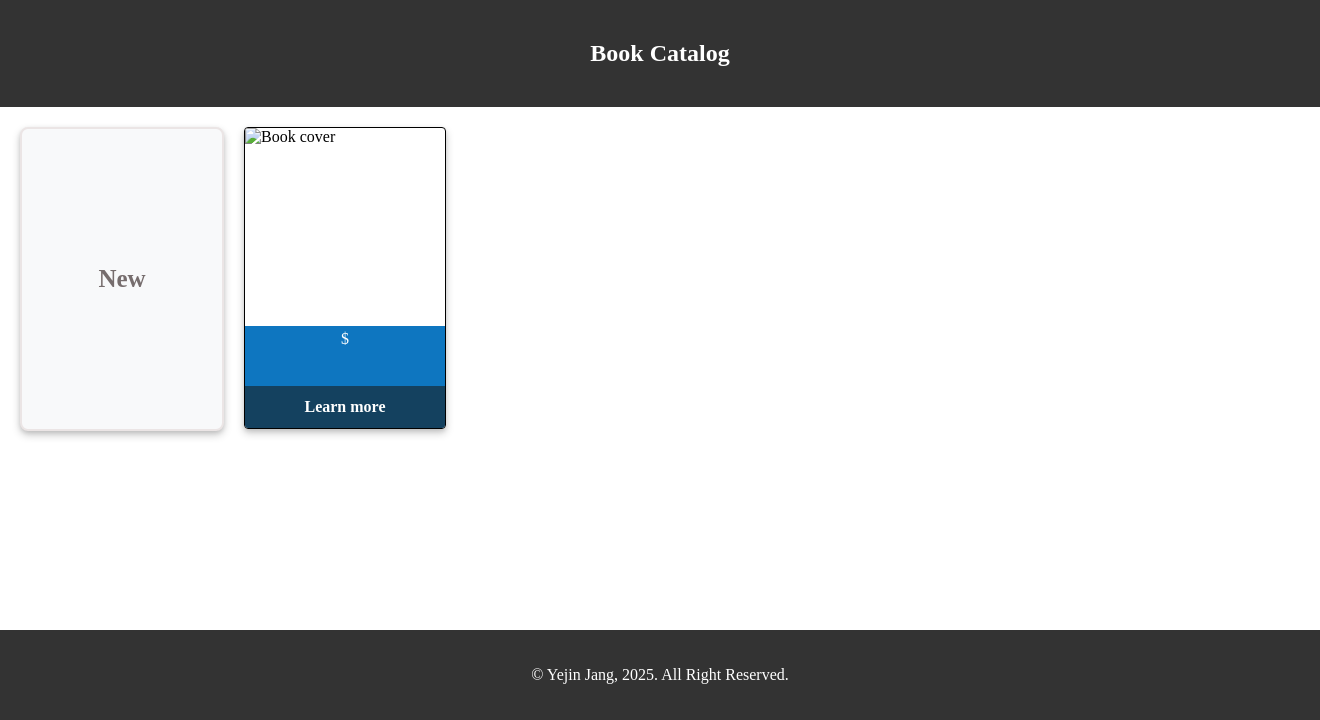
Repository: Yejin-Digital/Lab3-Assignment-BookCatalog
Page: /
An editor plug-in stored every save of this project. The page is shown before and after the next save, followed by the edit.
The browser window is 1280 px wide. The page is 1320 px wide, so the pictures cover 1320 px, including what lies to the right of the window. The pictures show the whole page.
The pointer rests on the first visible `a`.
The project was rebuilt for these pictures with package versions that can differ from the ones it lists, and the page was loaded fresh each time. Also part of the build but not shown: vite.config.js.

Above is the page before, as saved 2025-09-19 13:05:11.

### index.html
<!DOCTYPE html>
<html lang="en">
  <head>
    <meta charset="UTF-8" />
    <link rel="icon" type="image/svg+xml" href="/vite.svg" />
    <meta name="viewport" content="width=device-width, initial-scale=1.0" />
    <title>Book Catalog Assignment</title>
  </head>
  <body>
    <div id="root"></div>
    <script type="module" src="/src/main.jsx"></script>
  </body>
</html>

### src/index.css
html {
  font-family: 'Times New Roman', Times, serif;
}

body {
  margin: 0;
  min-height: 100vh;
  display: flex;
  flex-direction: column;
  align-items: center;
}

.app {
  display: flex;
  flex-direction: column;
  width: 100%;
  margin: 0 auto;
  min-height: 100%;
}

#root {
  width: 100%;
}

.content {
  display: flex;
  flex-direction: row;
  margin: 20px;
  gap: 20px;
}

.header-content {
  background-color: #333;
  color: white;
  text-align: center;
  padding: 20px;
  width: 100%;
}

.footer-content {
  position: fixed;
  left: 0;
  bottom: 0;
  background-color: #333;
  color: white;
  text-align: center;
  padding: 20px;
  width: 100%;
}

### src/App.jsx
import Header from './components/Header';
import Footer from './components/Footer';
import NewBook from './components/NewBook';
import BookListCard from './components/BookListCard';

function App() {
  return (
    <div className="app">
      <section>
        <Header />
        <div className="content">
          <NewBook />
          <BookListCard />
        </div>
      </section>
      <Footer />
    </div>
  );
}

export default App;

### src/components/Header.jsx
function AppHeader() {
  return (
    <header className="header-content">
      <h1>Book Catalog</h1>
    </header>
  );
}

export default AppHeader;

### src/components/Footer.jsx
export default function Footer() {
  return (
    <footer class="footer-content">
      <p>&copy; Yejin Jang, 2025. All Right Reserved.</p>
    </footer>
  );
}

### src/components/NewBook.jsx
import './NewBook.css';

function NewBook() {
  return (
    <div className="newButton">
      <button>New</button>
    </div>
  );
}

export default NewBook;

### src/components/BookListCard.jsx
import './BookListCard.css';

function BookListCard(props) {
  return (
    <div className="bookCard">
      <div className="bookImage">
        <img src={props.image} alt="Book cover" />
      </div>
      <div className="bookInfo">
        <div className="bookAuthorContainer">
          <p className="bookPrice">${props.price}</p>
        </div>
        <a href={props.link}>Learn more</a>
      </div>
    </div>
  );
}

export default BookListCard;

### src/components/NewBook.css
.newButton {
  width: 200px;
  height: 300px;
  border: 2px solid #ebe5e5;
  border-radius: 8px;
  background-color: #f8f9fa;
  display: flex;
  align-items: center;
  justify-content: center;
  box-shadow: 0 4px 8px rgba(0, 0, 0, 0.2), 0 2px 4px rgba(0, 0, 0, 0.1);
  transition: all 0.3s ease;
  cursor: pointer;
}

.newButton:hover {
  background-color: #e9ecef;
}

button {
  font-family: 'Times New Roman', Times, serif;
  background: none;
  border: none;
  color: #766d6d;
  font-size: 25px;
  font-weight: bold;
  cursor: pointer;
  padding: 0;
}

### src/components/BookListCard.css
.bookCard {
  flex-direction: column;
  border: solid 1px black;
  width: 200px;
  height: 300px;
  display: flex;
  justify-content: space-between;
  border-radius: 4px;
  box-shadow: 0 4px 8px rgba(0, 0, 0, 0.2), 0 2px 4px rgba(0, 0, 0, 0.1);
  overflow: hidden;
  position: relative;
}

.bookImage {
  padding: 0;
  overflow: hidden;
  flex-shrink: 0;
}
.bookCard img {
  width: 100%;
  height: auto;
  max-height: 200px;
  object-fit: cover;
  margin-bottom: 0;
  display: block;
}

.bookInfo {
  display: flex;
  flex-direction: column;
  margin-top: auto;
}

.bookPrice {
  font-size: 16px;
  font-weight: 500;
  color: white;
  text-align: center;
  margin: 0;
}

a {
  width: 100%;
  font-size: 16px;
  font-weight: bold;
  color: white;
  background-color: rgb(15, 52, 79);
  text-align: center;
  margin: 0;
  padding: 12px 0;
  text-decoration: none;
  display: block;
}

a:hover {
  background-color: rgb(20, 65, 95);
}

.bookAuthorContainer {
  height: 56px;
  width: 100%;
  background-color: rgb(14, 118, 192);
  padding-top: 4px;
}

Loaded but not shown: src/main.jsx (common file)

After the next save:
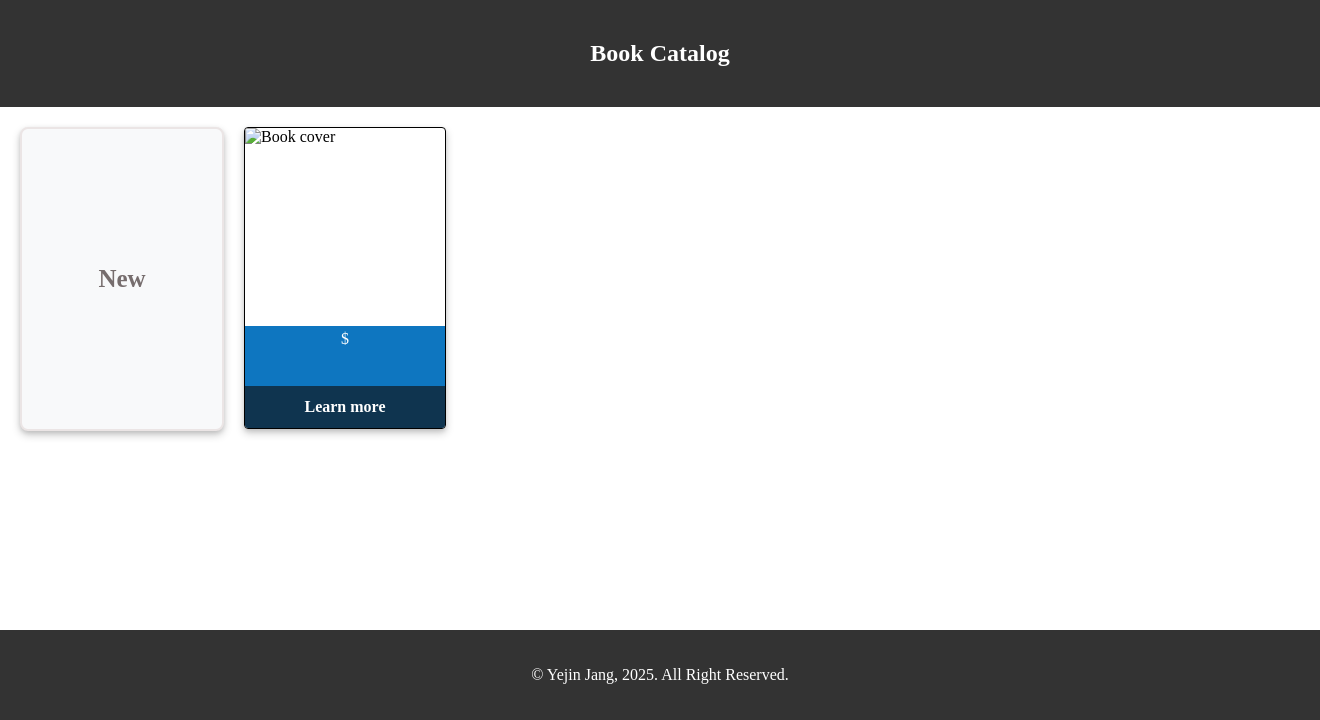
Saved 3 min 24 s later.
--- a/src/components/BookListCard.css
+++ b/src/components/BookListCard.css
@@ -53,7 +53,7 @@ a {
 }
 
 a:hover {
-  background-color: rgb(20, 65, 95);
+  background-color: white (20, 65, 95);
 }
 
 .bookAuthorContainer {
